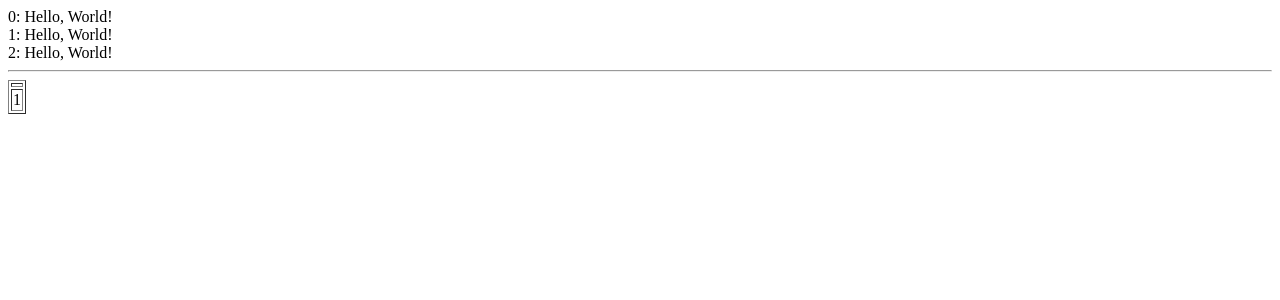
Repository: KimMinseooo/itwillStudy
Page: BACKEND/JSP/workspace_jsp/StudyJavascript/src/main/webapp/js04_1031/test11.html
An editor plug-in stored every save of this project. The page is shown before and after the next save, followed by the edit.
The browser window is 1280 px wide. The pictures show the whole page.

Above is the page before, as saved 2024-10-31 01:24:32.

### BACKEND/JSP/workspace_jsp/StudyJavascript/src/main/webapp/js04_1031/test11.html
<!DOCTYPE html>
<html>
<head>
<meta charset="UTF-8">
<title>Insert title here</title>
<script type="text/javascript">

/*

	[ while 문 ]
	- for문과 달리 조건식의 위치만 정해져 있고
	  나머지 요소 (초기식, 증감식 => 생략도 가능)의 위치는 개발자가 임의로 지정하는 반복문
	- 주로 , 반복 횟수가 정해져 있지 않고 , 상황에 따른 반복을 수행할 때 주로 사용
	< 기본 문법 >

	[초기식(1);] =>초기식은 while문보다 위(앞)쪽에 위치

	while (조건식(2)) {
		[증감식(4)]
		(3) 조건식 판별 결과가 true일 경우 반복 수행
		[증감식(4)]
	}

*
*/

	let i =0;
	while (i<3) {
		document.write(i +": Hello, World!<br>");
		i++;

	}
	document.write("<hr>");



</script>
</head>
<body>

	<table border="1">
		<tr>
			<th colspan="10"></th>
		</tr>
		<tr>
			<td>1</td>
		</tr>

	</table>







</body>
</html>

After the next save:
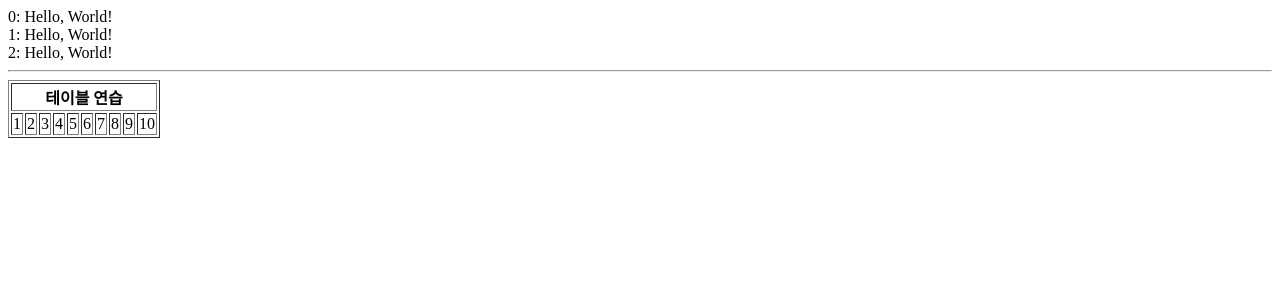
Saved 45 s later.
--- a/BACKEND/JSP/workspace_jsp/StudyJavascript/src/main/webapp/js04_1031/test11.html
+++ b/BACKEND/JSP/workspace_jsp/StudyJavascript/src/main/webapp/js04_1031/test11.html
@@ -40,10 +40,20 @@
 
 	<table border="1">
 		<tr>
-			<th colspan="10"></th>
+			<th colspan="10">테이블 연습</th>
 		</tr>
 		<tr>
 			<td>1</td>
+			<td>2</td>
+			<td>3</td>
+			<td>4</td>
+			<td>5</td>
+			<td>6</td>
+			<td>7</td>
+			<td>8</td>
+			<td>9</td>
+			<td>10</td>
+
 		</tr>
 
 	</table>
